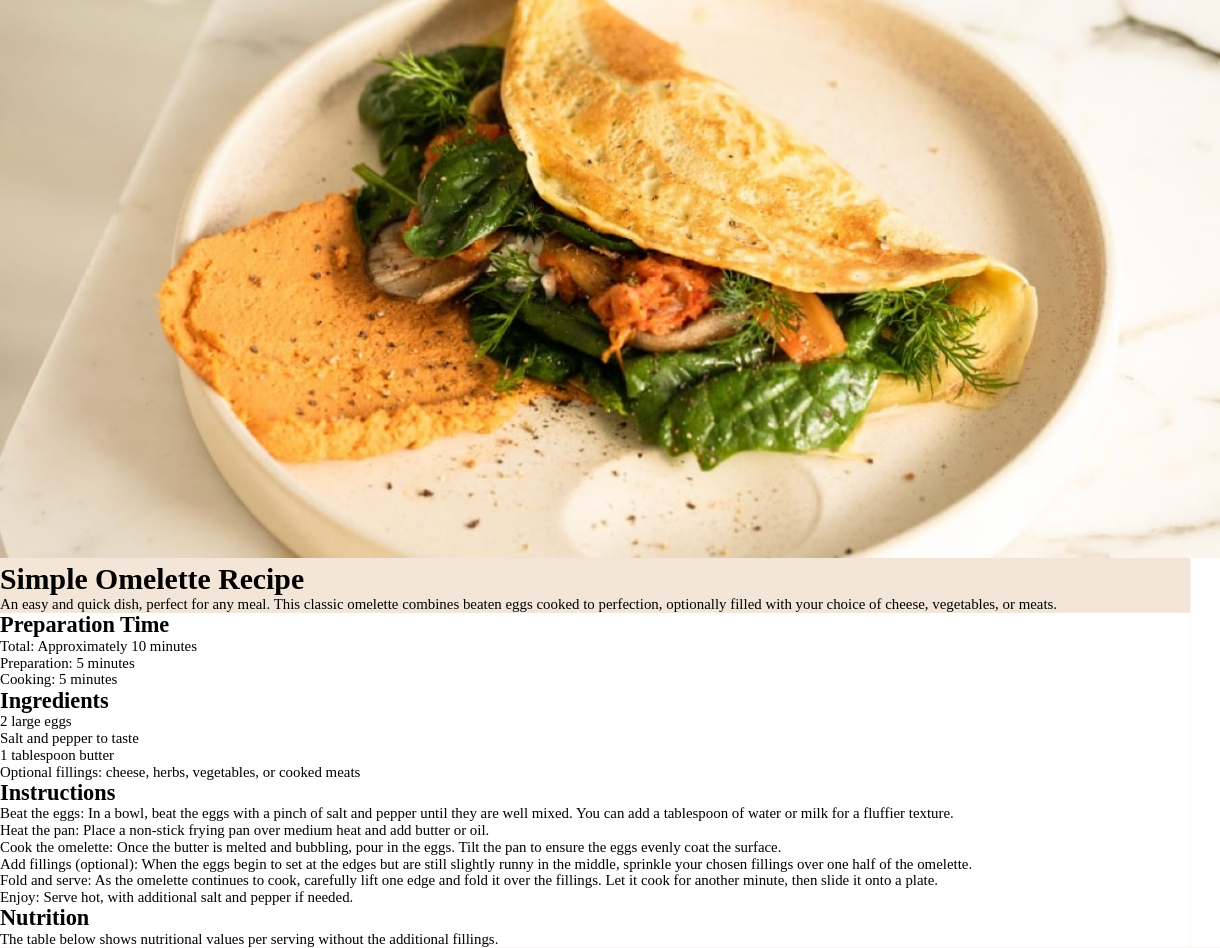
Repository: akbasliogulcan/omletterecipe
Page: index.html
An editor plug-in stored every save of this project. The page is shown before and after the next save, followed by the edit.
The browser window is 1280 px wide. The page is 1312 px wide, so the pictures cover 1312 px, including what lies to the right of the window. The pictures show the whole page, at 93% of full size.

Above is the page before, as saved 2025-07-20 17:31:24.

After the next save:
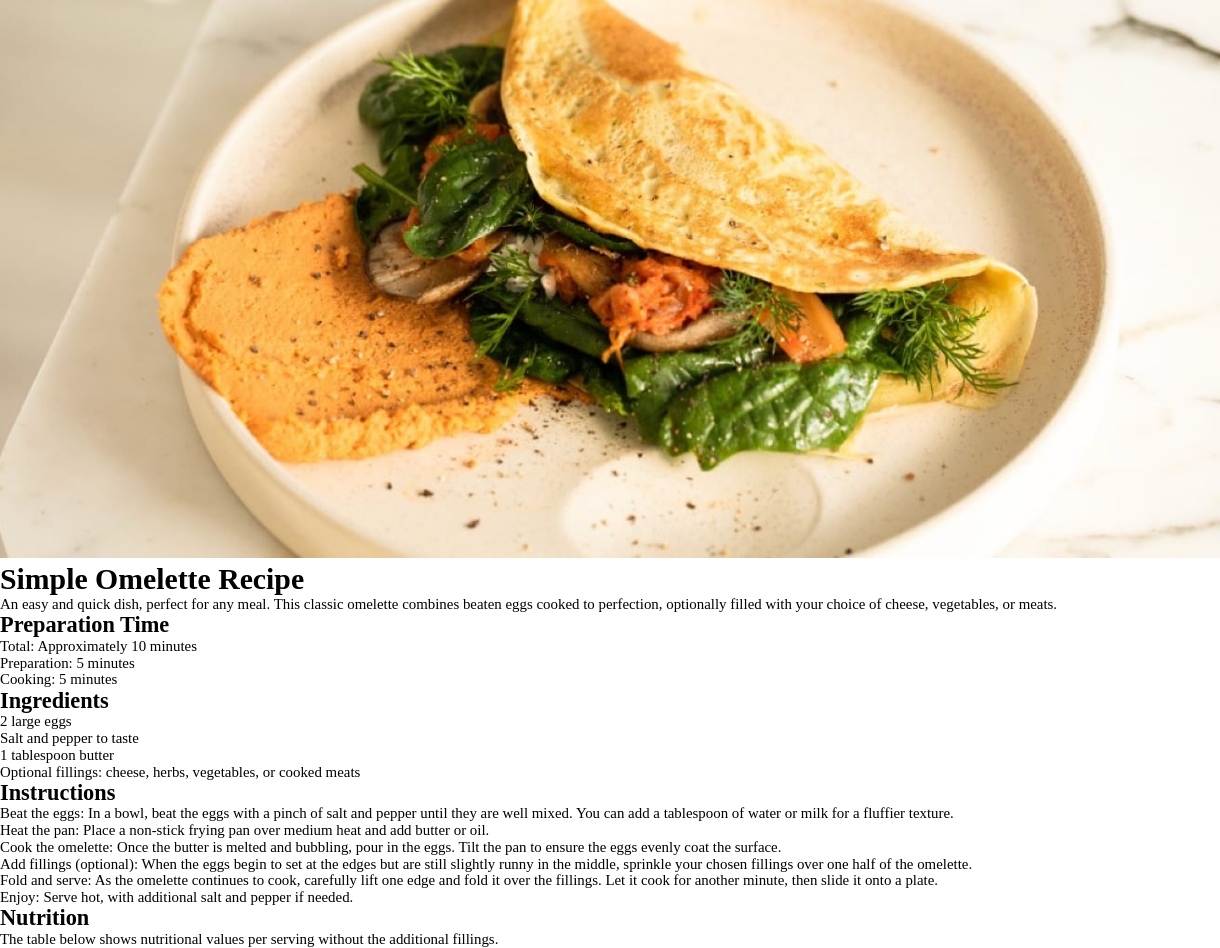
Saved 23 s later.
--- a/index.html
+++ b/index.html
@@ -11,12 +11,13 @@
 <body>
 
   <div class="simple">
-    <img src="./assets/images/image-omelette.jpeg" alt="omlette-icon">
-    <h1> Simple Omelette Recipe</h1>
-    <p>An easy and quick dish, perfect for any meal. This classic omelette combines beaten eggs cooked
-      to perfection, optionally filled with your choice of cheese, vegetables, or meats.
-    </p>
     <div class="add">
+      <img src="./assets/images/image-omelette.jpeg" alt="omlette-icon">
+      <h1> Simple Omelette Recipe</h1>
+      <p>An easy and quick dish, perfect for any meal. This classic omelette combines beaten eggs cooked
+        to perfection, optionally filled with your choice of cheese, vegetables, or meats.
+      </p>
+
       <div class="preparation">
         <h2>Preparation Time</h2>
         <ul>
